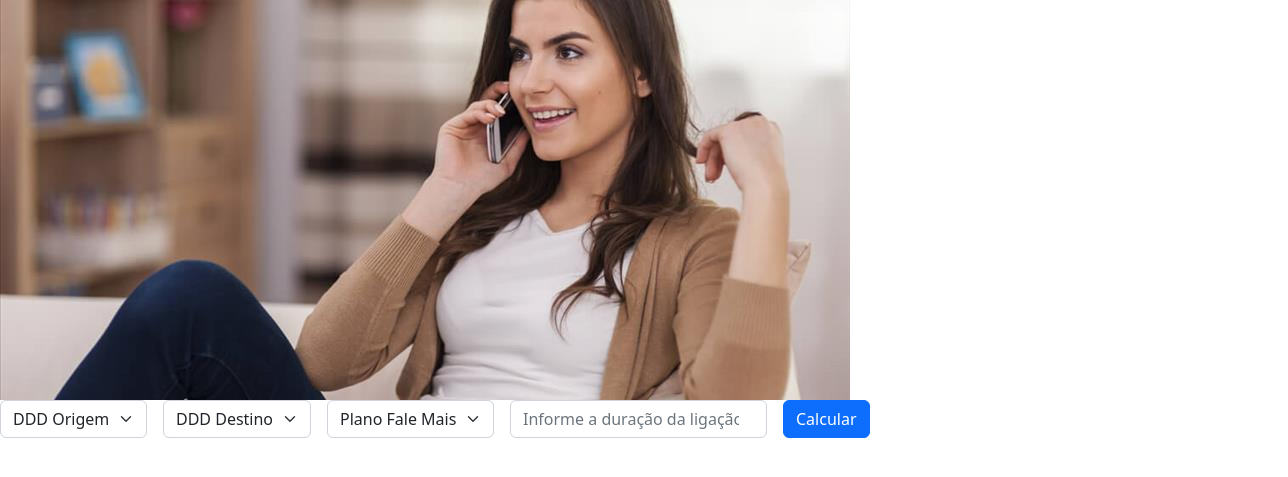
Repository: JuniorMagalhaesDeAlcantara/Fale-Mais
Page: falemais/src/main/resources/templates/index.html
The author's editor kept a copy of each file at every save. The page is drawn from the files as they stood at one save, then again after the next save.
The browser window is 1280 px wide. The page is 1288 px wide, so the pictures cover 1288 px, including what lies to the right of the window. The pictures show the whole page.

Above is the page before, as saved 2022-08-04 18:27:41.

### falemais/src/main/resources/templates/index.html
<!DOCTYPE html>
<html lang="pt-br">
<head>
    <meta charset="UTF-8">
    <meta http-equiv="X-UA-Compatible" content="IE=edge">
    <meta name="viewport" content="width=device-width, initial-scale=1.0">

    <!-- CSS only -->
<link href="https://cdn.jsdelivr.net/npm/bootstrap@5.2.0/dist/css/bootstrap.min.css" rel="stylesheet" integrity="sha384-gH2yIJqKdNHPEq0n4Mqa/HGKIhSkIHeL5AyhkYV8i59U5AR6csBvApHHNl/vI1Bx" crossorigin="anonymous">

    <title>Fale Mais</title>
    <img src="../static/img/Telefone.jpg" class="img-fluid" alt="...">
</head>
<body>
    <form class="row gy-2 gx-3 align-items-center" method="post" action="/index">
        <div class="col-auto">
            <label class="visually-hidden" for="autoSizingSelect">DDD Origem</label>
            <select class="form-select" name="origem">
              <option selected>DDD Origem</option>
              <option value="11">11</option>
              <option value="16">16</option>
              <option value="17">17</option>
              <option value="18">18</option>
            </select>
          </div>
          <div class="col-auto">
            <label class="visually-hidden" for="autoSizingSelect">DDD Destino</label>
            <select class="form-select" name="destino">
              <option selected>DDD Destino</option>
              <option value="11">11</option>
              <option value="16">16</option>
              <option value="17">17</option>
              <option value="18">18</option>
            </select>
          </div>
            <div class="col-auto">
                <label  class="visually-hidden" for="autoSizingSelect">Plano</label>
                <select class="form-select" name="plano">
                  <option selected>Plano Fale Mais</option>
                  <option value="30">Fale Mais 30</option>
                  <option value="60">Fale Mais 60</option>
                  <option value="120">Fale Mais 120</option>
                </select>
              </div>
          </div>
        <div class="col-auto">
          <label class="visually-hidden" for="autoSizingInput">Duracao</label>
          <input type="number" class="form-control" name="duracao" placeholder="Informe a duração da ligação em minutos">
        </div>
        <div class="col-auto">
          <button type="submit" class="btn btn-primary">Calcular</button>
        </div>
      </form>
</body>
</html>

After the next save:
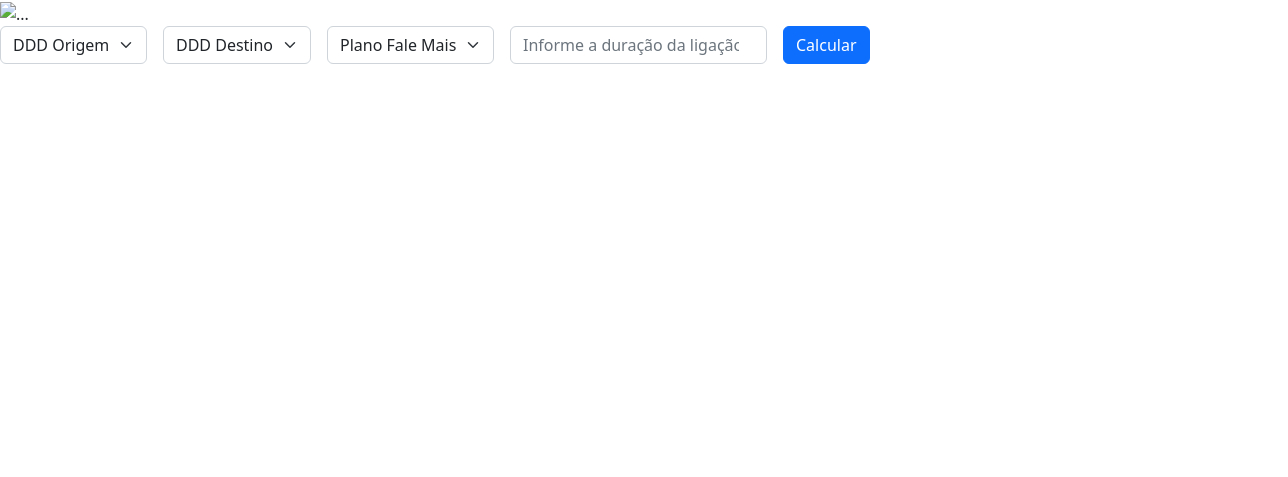
Not found: falemais/src/main/resources/templates/.../static/img/Telefone.jpg
Saved 82 s later.
--- a/falemais/src/main/resources/templates/index.html
+++ b/falemais/src/main/resources/templates/index.html
@@ -9,7 +9,7 @@
 <link href="https://cdn.jsdelivr.net/npm/bootstrap@5.2.0/dist/css/bootstrap.min.css" rel="stylesheet" integrity="sha384-gH2yIJqKdNHPEq0n4Mqa/HGKIhSkIHeL5AyhkYV8i59U5AR6csBvApHHNl/vI1Bx" crossorigin="anonymous">
 
     <title>Fale Mais</title>
-    <img src="../static/img/Telefone.jpg" class="img-fluid" alt="...">
+    <img src=".../static/img/Telefone.jpg" class="img-fluid" alt="...">
 </head>
 <body>
     <form class="row gy-2 gx-3 align-items-center" method="post" action="/index">

After the save that followed:
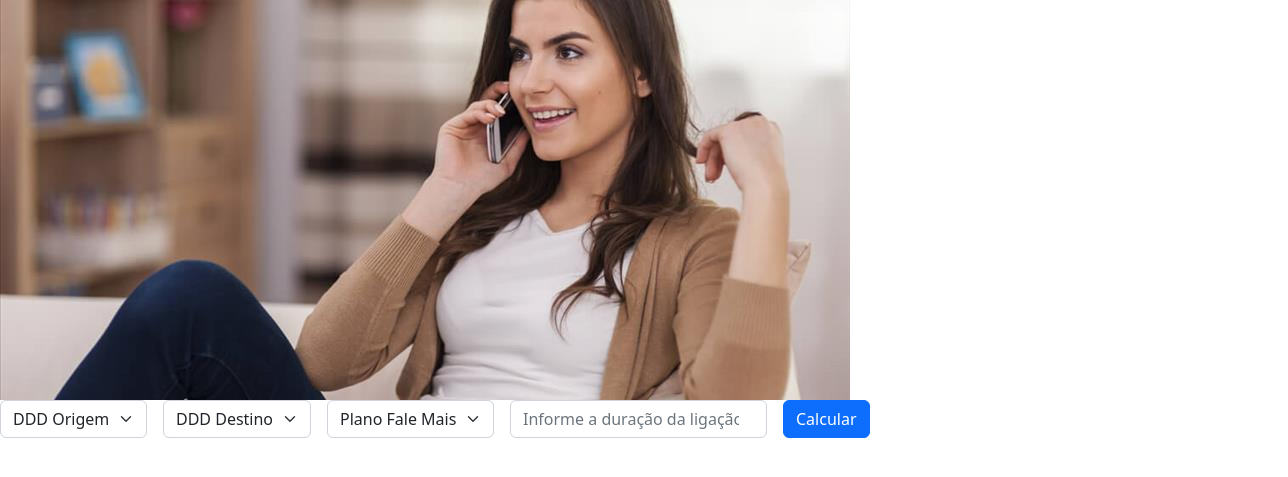
Saved 114 s later.
--- a/falemais/src/main/resources/templates/index.html
+++ b/falemais/src/main/resources/templates/index.html
@@ -9,7 +9,7 @@
 <link href="https://cdn.jsdelivr.net/npm/bootstrap@5.2.0/dist/css/bootstrap.min.css" rel="stylesheet" integrity="sha384-gH2yIJqKdNHPEq0n4Mqa/HGKIhSkIHeL5AyhkYV8i59U5AR6csBvApHHNl/vI1Bx" crossorigin="anonymous">
 
     <title>Fale Mais</title>
-    <img src=".../static/img/Telefone.jpg" class="img-fluid" alt="...">
+    <img src="../static/img/Telefone.jpg" class="img-fluid" alt="...">
 </head>
 <body>
     <form class="row gy-2 gx-3 align-items-center" method="post" action="/index">
